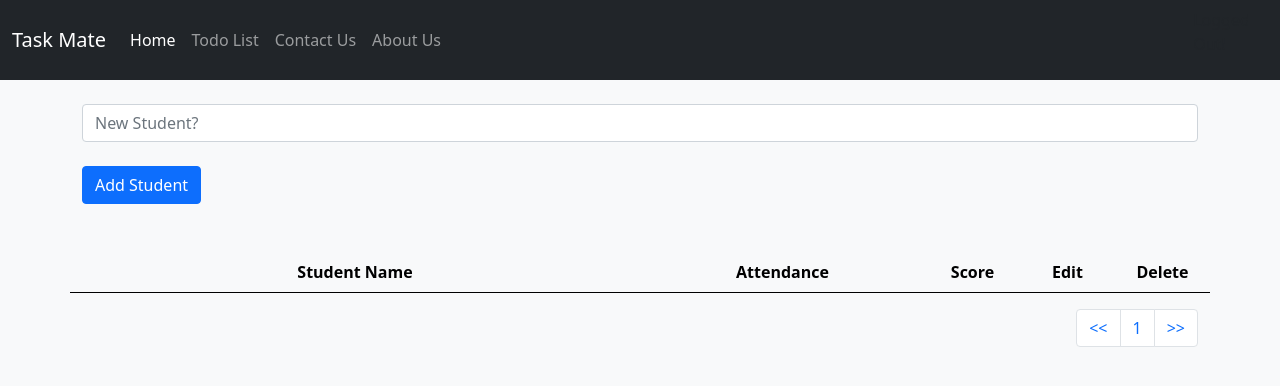
Repository: itathagata/Registration_System
Page: http://localhost/todolist/?pg=1
The author's editor kept a copy of each file at every save. The page is drawn from the files as they stood at one save, then again after the next save.
The browser window is 1280 px wide. The pictures show the whole page.
The page is served by the project's application, run on Django 2.2 (manage.py). Other server files are loaded and not shown. Queries for data that is not in the repository find no rows.

Above is the page before, as saved 2021-06-06 02:32:59.

### todolist_app/views.py
from django.http.response import HttpResponse
from django.shortcuts import redirect, render
from django.http import HttpResponse
from todolist_app.models import TaskList
from todolist_app.forms import TaskForm
from django.contrib import messages
from django.core.paginator import Paginator
# Create your views here.
context = {'welcome':"Welcome to Todo List Page.",
    'contact_text':"Welcome to Todo List Contact Page.",
    'about_text':"Welcome to Todo List About Page.",
    'index_text':"Welcome to Todo List Index Page.",}
def todolist(request):
    if request.method == "POST":
        form = TaskForm(request.POST or None)
        if form.is_valid():
            form.save()
        messages.success(request,("New Student Added!"))
        return redirect('todolist')
    else:
        all_tasks = TaskList.objects.all()
        paginator = Paginator(all_tasks, 5)
        page = request.GET.get('pg')
        all_tasks = paginator.get_page(page)
        return render(request, 'todolist.html',{'all_tasks':all_tasks})



def complete_task(request,task_id):
    task = TaskList.objects.get(pk=task_id)
    task.Attendance = True
    task.save()
    return redirect('todolist')


def pending_task(request,task_id):
    task = TaskList.objects.get(pk=task_id)
    task.Attendance = False
    task.save()
    return redirect('todolist')

def delete_task(request,task_id):
    task = TaskList.objects.get(pk=task_id)
    task.delete()
    return redirect('todolist')




def edit_task(request,task_id):
    if request.method == "POST":
        task = TaskList.objects.get(pk=task_id)
        form = TaskForm(request.POST or None,instance=task)
        if form.is_valid():
            form.save()
        messages.success(request,("Edited!"))
        return redirect('todolist')
    else:
        task_obj = TaskList.objects.get(pk=task_id)
        return render(request, 'edit.html',{'task_obj':task_obj})


def contact(request):
    return render(request, 'contact.html',context)
def about(request):
    return render(request, 'about.html',context)

def index(request):
    return render(request, 'index.html',context)

### todolist_app/templates/todolist.html
{% extends 'base.html' %}
{% block title %}
<title>TodoList Manager</title>
{% endblock title %}

{% block content %}
<div class="container">
</br>

  {%if messages%}
    {% for message in messages %}
      <div class="alert alert-warning alert-dismissible fade show" role="alert">
          {{ message }}
        <button type="button" class="btn-close" data-bs-dismiss="alert" aria-label="Close">
         </button>
      </div>
    {% endfor %}
  {% endif %}


  <form method="POST">
    {%csrf_token%}
    <div class="form-group">
          <input type="text" class="form-control" name="Student_Name" placeholder="New Student?">
          <input type="hidden" class="form-control"  name="Attendance"  value=False>
          <input type="hidden"  class="form-control" name="Score"  value=0>
    </div>
    </br>
    <button type="submit" class="btn btn-primary">Add Student</button>
  </form>

</br>
</br>
    <table class="table table-light table-hover text-center">
  <thead>
    <tr class="row">
      <th class="col-6">Student Name</th>
      <th class="col-3">Attendance</th>
      <th class="col-1">Score</th>
      <th class="col-1">Edit</th>
      <th class="col-1">Delete</th>
    </tr>
  </thead>
    <tbody>
    {% if all_tasks %}
      {%for obj in all_tasks%}
        {% if obj.Attendance %}
            <tr class="row">
            <td class="col-6">{{ obj.Student_Name }}</td>
            <td class="col-3"><a href="{% url 'pending_task' obj.id %}"><button type="button" class="btn btn-outline-primary">Mark as unsafe</button>
</a></td>
            <td class="col-1">{{ obj.Score }}</td>
            <td class="col-1"><a href="{% url 'edit_task' obj.id %}"><button type="button" class="btn btn-outline-dark">Edit</button>
</a></td>
            <td class="col-1"><a href="{% url 'delete_task' obj.id %}"><button type="button" class="btn btn-outline-danger">Delete</button>
</a></td>
            </tr>
        {% else %}
            <tr class="table-danger row">
            <td class="col-6">{{ obj.Student_Name }}</td>
            <td class="col-3"><a href="{% url 'complete_task' obj.id %}"><button type="button" class="btn btn-outline-primary">Mark as safe</button></a></td>
            <td class="col-1">{{ obj.Score }}</td>
            <td class="col-1"><a href="{% url 'edit_task' obj.id %}"><button type="button" class="btn btn-outline-dark">Edit</button>
</a></td>
            <td class="col-1"><a href="{% url 'delete_task' obj.id %}"><button type="button" class="btn btn-outline-danger">Delete</button></a></td>
            </tr>
        {% endif %}
       {% endfor %}
    {% endif %}
     </tbody>
</table>


<nav aria-label="Page navigation example">
  <ul class="pagination justify-content-end">
    <li class="page-item "><a class="page-link" href="?pg=1"><<</a></li>
    {% if all_tasks.has_previous %}
      <li class="page-item"><a class="page-link" href="?pg={{ all_tasks.previous_page_number }}"> {{ all_tasks.previous_page_number }} </a></li>
    {% endif %}
    <li class="page-item"><a class="page-link" href="?pg={{ all_tasks.number }}">{{ all_tasks.number }}</a></li>
    {% if all_tasks.has_next %}
      <li class="page-item"><a class="page-link" href="?pg={{ all_tasks.next_page_number }}">{{ all_tasks.next_page_number }}</a></li>
    {% endif %}
    <li class="page-item"><a class="page-link" href="?pg={{ all_tasks.paginator.num_pages }}">>></a></li>
  </ul>
</nav>

    </div>
{% endblock content %}

### templates/base.html

{% load static %}
<!doctype html>
<html lang="en">
  <head>
    <!-- Required meta tags -->
    <meta charset="utf-8">
    <meta name="viewport" content="width=device-width, initial-scale=1">

    <!-- Bootstrap CSS -->
    <link href="https://cdn.jsdelivr.net/npm/bootstrap@5.0.1/dist/css/bootstrap.min.css" rel="stylesheet" integrity="sha384-+0n0xVW2eSR5OomGNYDnhzAbDsOXxcvSN1TPprVMTNDbiYZCxYbOOl7+AMvyTG2x" crossorigin="anonymous">
    <link rel="icon" href="{% static 'images/favicon.ico' %}" type="images/gif" sizes="16x16">
    {% block title %}
    {% endblock title %}
    <nav class="navbar navbar-expand-lg navbar-dark bg-dark">
  <div class="container-fluid">
    <a class="navbar-brand" href="{% url 'index'%}">Task Mate</a>
    <button class="navbar-toggler" type="button" data-bs-toggle="collapse" data-bs-target="#navbarNavAltMarkup" aria-controls="navbarNavAltMarkup" aria-expanded="false" aria-label="Toggle navigation">
      <span class="navbar-toggler-icon"></span>
    </button>
    <div class="collapse navbar-collapse" id="navbarNavAltMarkup">
      <div class="navbar-nav">
        <a class="nav-link active" aria-current="page" href="{% url 'index'%}">Home</a>
        <a class="nav-link" href="{% url 'todolist'%}">Todo List</a>
        <a class="nav-link" href="{% url 'contact'%}">Contact Us</a>
        <a class="nav-link" href="{% url 'about'%}">About Us</a>
      </div>
    </div>
  </div>
  {% if user.is_authenticated %}
    <div class="form-inline my-2 my-lg-0">
      <div class="p-2 bg-dark text-white">{{user.username}}</div>
      <a href="{% url 'logout' %}">
        <button class="btn btn-outline-danger my-2 my-sm-0" type="submit">Logout</button>
      </a>
    </div>
  {% else %}
    <p>Logged Out!</p>
  {% endif %}
</nav>
  </head>
  <body class="bg-light">
  {% block content %}{% endblock content %}
    <script src="https://cdn.jsdelivr.net/npm/bootstrap@5.0.1/dist/js/bootstrap.bundle.min.js" integrity="sha384-gtEjrD/SeCtmISkJkNUaaKMoLD0//ElJ19smozuHV6z3Iehds+3Ulb9Bn9Plx0x4" crossorigin="anonymous"></script>
  </body>
</html>

### taskmate/urls.py

from django.contrib import admin
from django.urls import path, include
from todolist_app import views as todolist_views
urlpatterns = [
    path('admin/', admin.site.urls),
    path('', todolist_views.index, name='index'),
    path('todolist', include('todolist_app.urls')),
    path('account/', include('users_app.urls')),
    path('contact', todolist_views.contact, name='contact'),
    path('about-us', todolist_views.about, name='about'),
]

### todolist_app/urls.py
from todolist_app import views
from django.urls import path
urlpatterns = [
    path('/', views.todolist, name='todolist'),
    path('/delete/<task_id>', views.delete_task, name='delete_task'),
    path('/edit/<task_id>', views.edit_task, name='edit_task'),
    path('/complete/<task_id>', views.complete_task, name='complete_task'),
    path('/pending/<task_id>', views.pending_task, name='pending_task'),


]

### users_app/urls.py
from users_app import views
from django.urls import path
from django.contrib.auth import views as auth_views
urlpatterns = [
    path('register', views.register, name='register'),
    path('login', auth_views.LoginView.as_view(template_name='login.html'),name='login'),
    path('logout', auth_views.LogoutView.as_view(template_name='logout.html'),name='logout'),

]

After the next save:
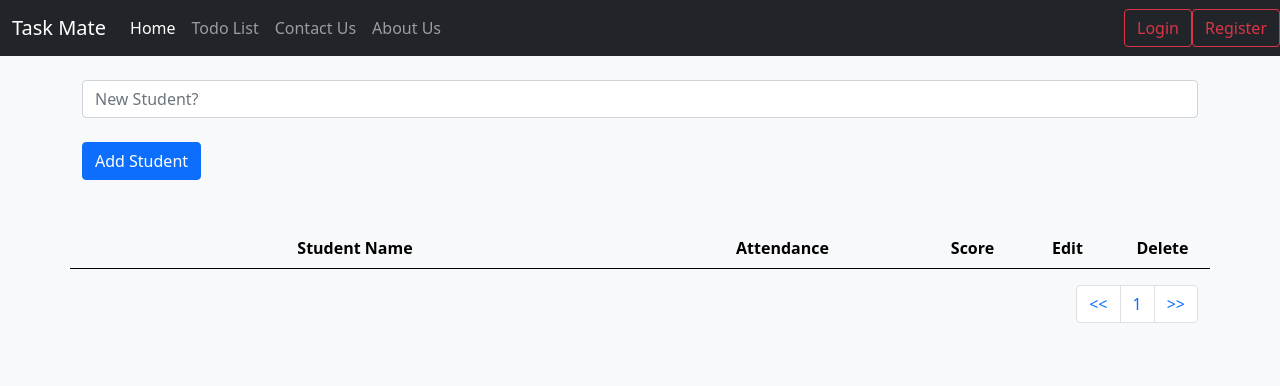
Saved 98 s later.
--- a/templates/base.html
+++ b/templates/base.html
@@ -35,7 +35,12 @@
       </a>
     </div>
   {% else %}
-    <p>Logged Out!</p>
+    <a href="{% url 'login' %}">
+        <button class="btn btn-outline-danger my-2 my-sm-0" type="submit">Login</button>
+      </a>
+      <a href="{% url 'register' %}">
+        <button class="btn btn-outline-danger my-2 my-sm-0" type="submit">Register</button>
+      </a>
   {% endif %}
 </nav>
   </head>
